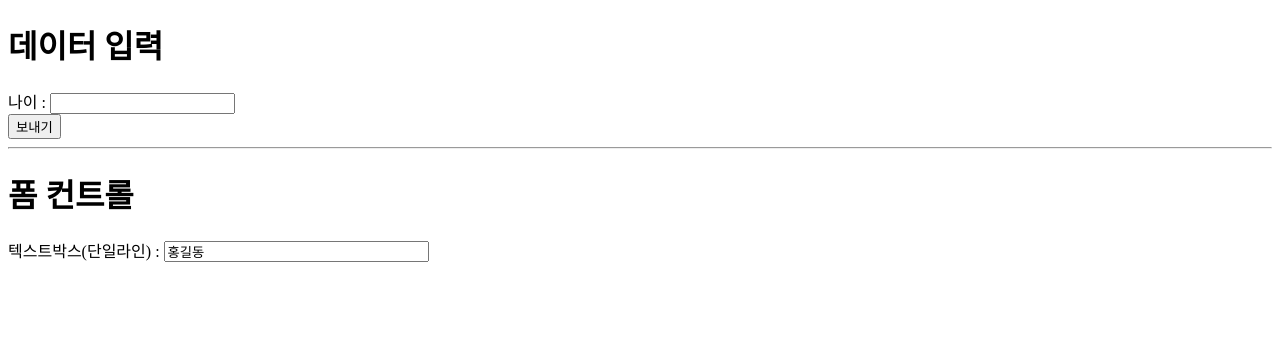
Repository: hb6700/client
Page: ClientTest/src/main/webapp/html/ex18_form.html
The author's editor kept a copy of each file at every save. The page is drawn from the files as they stood at one save, then again after the next save.
The browser window is 1280 px wide. The pictures show the whole page.

Above is the page before, as saved 2023-09-21 06:13:17.

### ClientTest/src/main/webapp/html/ex18_form.html
<!DOCTYPE html>
<html>
	<head>
		<meta charset="UTF-8">
		<title>ex18_form</title>
	</head>
	<body>
		<!--
		폼<form>태그
		- 입력 양식, 입력 컨트롤
		- 클라이언트(사용자)로부터 입력장ㅈ치(키보드, 마우스, 터치 등)을 통해서 데이터를 입력받는 역할
		- 입력 데이터 > 서버로 전송 > 업무 활용 or 데이터베이스 저장 등...
		ex) 텍스트박스, 버튼, 체크박스, 라디오버튼 등...
		- <form> + <form> 의 자식 태그들

		<form>
		- 모든 입력 컨트롤을 감싸는 컨테이너
		- 스스로는 랜더링 결과가 없다(출력X)
		- 입력한 값을 서버로 전송하는 역할(&*****)

		form.method
		- 데이터를 전송하는 방식
		- 택배(일반우편 | 등기우편)
			1. post
				- ex18_server.jsp
				- 데이터를 상자 안에 담아서 전송
				- 데이터가 노출X > 보안O
				- 전송하는 데이터의 최대길이제한 > 무제한
			2. get
				- ex18_server.jsp?age=20
				- 데이터를 송장에 붙여서 전송
				- 전송되는 데이터가 노출(주소창) > 보안X
				- 전송하는 데이터의 최대길이 제한 > 256자 > 8000바이트
		form.action
		- 데이터를 수신하는 서버측 URL
		- 받는 사람 주소
		- 서버측 동작하고 있는 프로그램 주소 > JSP, Servlet, Spring 주소

		-->
		<h1>데이터 입력</h1>
		<form method="POST" action="ex18_server.jsp">
			나이 : <input type="text" name="age">
			<br>
			<input type="submit" value="보내기">
		</form>

		<hr>

		<h1>폼 컨트롤</h1>
		<form>
			<!--
			<input>
			- 인라인 태그
			- 단독 태그
			------------------------------------
			- input.type
				- 입력 컨트롤 종류 지정
			- input.name
				- 식별자
				- HTML에서 사용
				- 서버측과 연동할 때 사용
			- input.id
				- 식별자
				- CSS, JavaScript에서 사용
			- input.class
				- 식별자
				- CSS, JavaScript에서 사용
			- input.size
				- 길이(문자 개수)
			- input.maxlength
				- 최대 입력 길이
				- 유효성 검사할 때 사용
			- input.value
				- 컨트롤의 입력값(현재 입력값)
			- input.readonly
				- 읽기 전용(전원 on) > 서버로 전송이 가능
			- input.disabled
				- 비활성화(전원 off) > 서버로 전송이 불가능
			-
			-->
			텍스트박스(단일라인) :
			<input
				type="text"
				name="txt1"
				id="txt1"
				class="txt"
				size="30"
				maxlength="5"
				value="홍길동"
			>
		</form>
	</body>
</html>

After the next save:
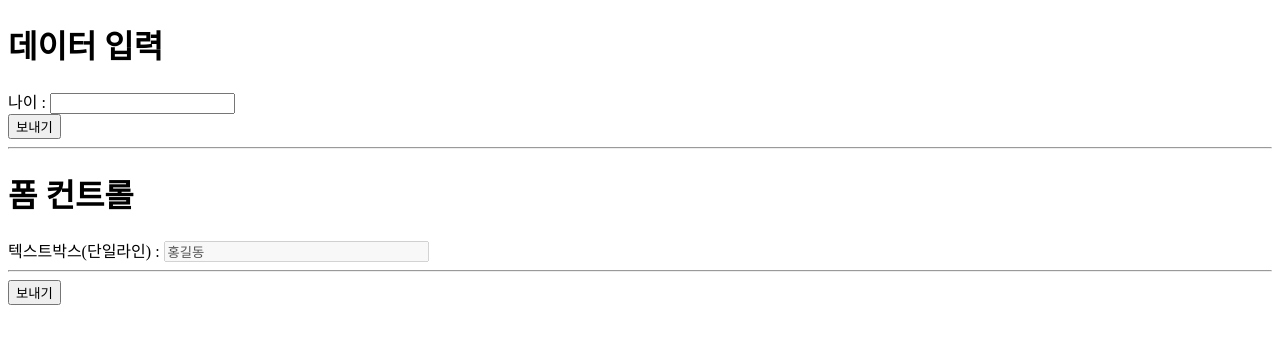
Saved 74 s later.
--- a/ClientTest/src/main/webapp/html/ex18_form.html
+++ b/ClientTest/src/main/webapp/html/ex18_form.html
@@ -47,7 +47,7 @@
 		<hr>
 
 		<h1>폼 컨트롤</h1>
-		<form>
+		<form method="POST" action="ex18_server.jsp">
 			<!--
 			<input>
 			- 인라인 태그
@@ -87,7 +87,10 @@
 				size="30"
 				maxlength="5"
 				value="홍길동"
+				disabled
 			>
+			<hr>
+			<input type="submit" value="보내기">
 		</form>
 	</body>
 </html>
